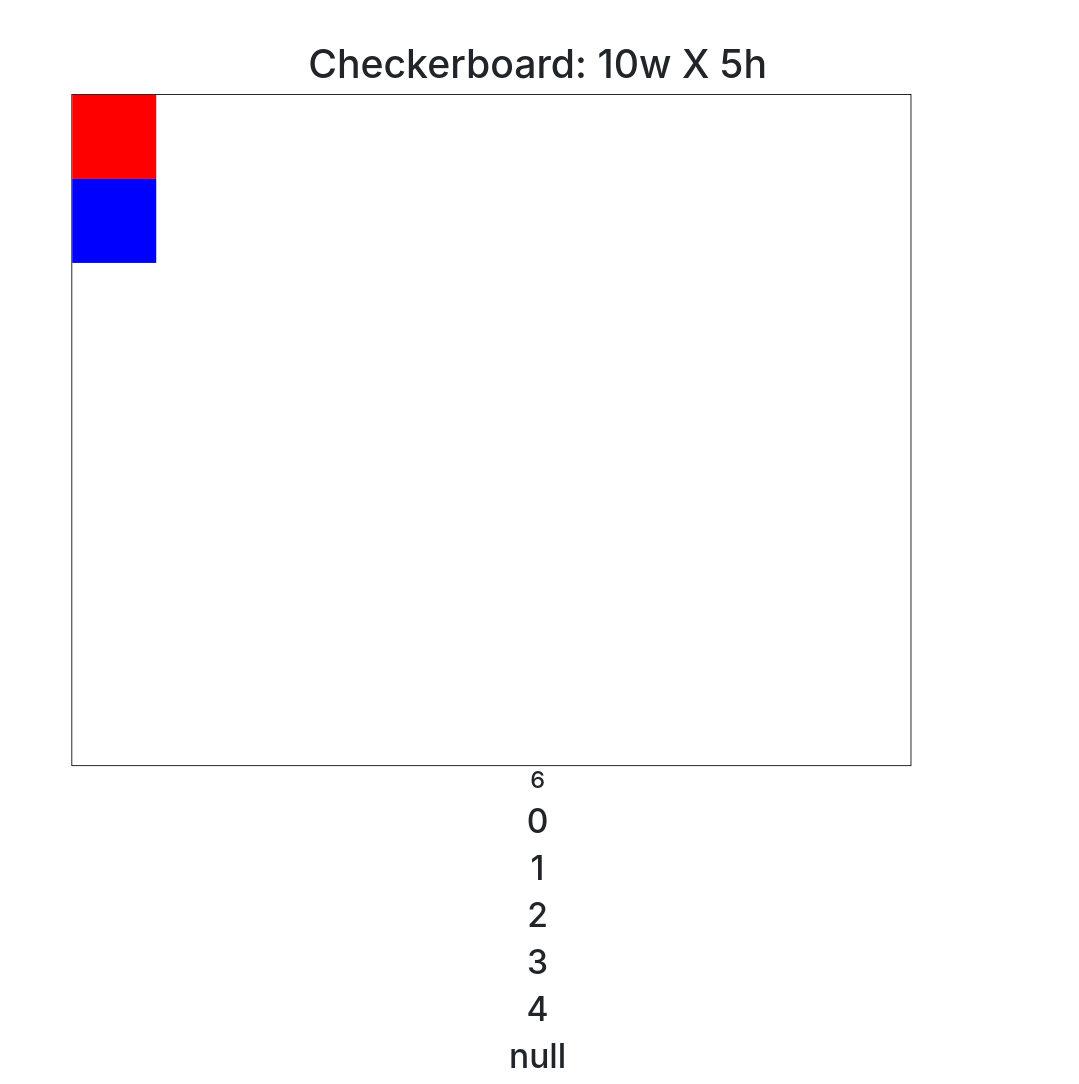
Repository: ACow3/java
Page: http://localhost/Checkerboard/checkerboard.jsp
The author's editor kept a copy of each file at every save. The page is drawn from the files as they stood at one save, then again after the next save.
The browser window is 1280 px wide. The page is 1280 px wide, then 1285 px, so the pictures cover 1285 px, including what lies to the right of the window. The pictures show the whole page, at 84% of full size.
The page is served by Tomcat 9.

Above is the page before, as saved 2019-08-09 00:57:05.

After the next save:
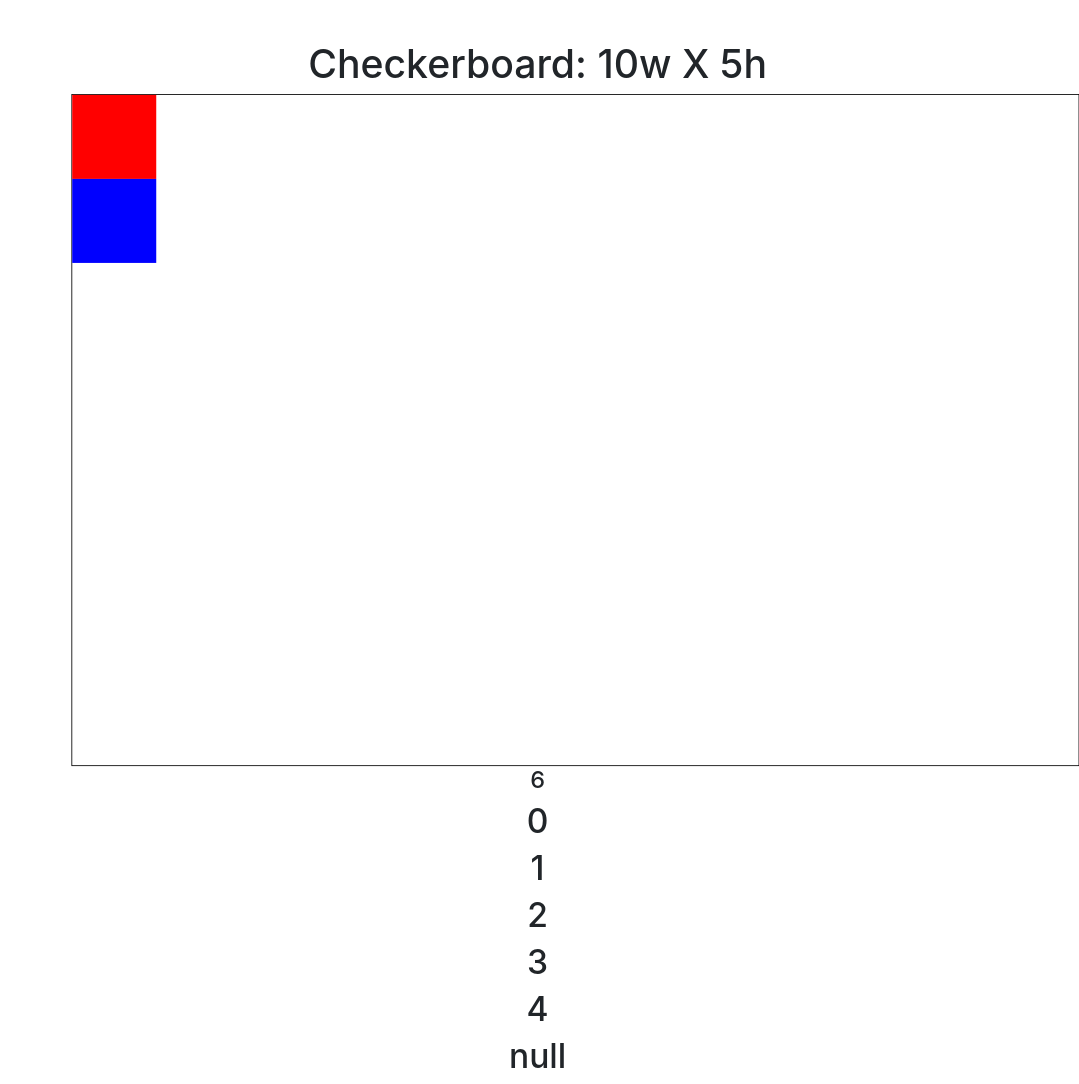
Saved 18 s later.
--- a/javaOOP/Checkerboard/WebContent/checkerboard.jsp
+++ b/javaOOP/Checkerboard/WebContent/checkerboard.jsp
@@ -19,7 +19,7 @@
 	.checkerboard{
 		border: 1px solid black;
 		text-align: center;
-		width: 1000px;
+		width: 1200px;
 		height: 800px;
 	}
 	.red_box{
